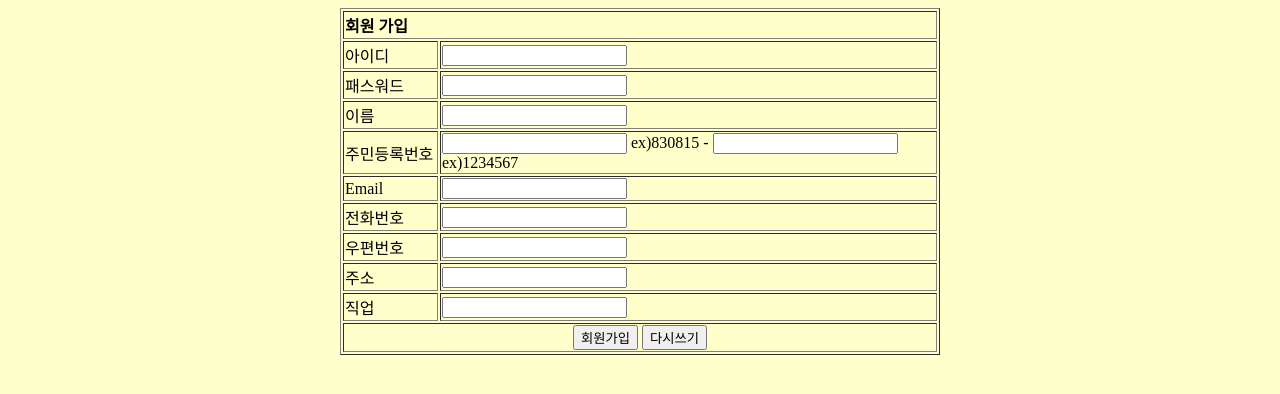
Repository: KangEunseo/2019-jsp-class
Page: http://localhost/BasicJSP/jdbcbean/member.jsp
These files come from the project's save history. The page is drawn as it stood at one moment and after the next save; the edit follows.
The browser window is 1280 px wide. The pictures show the whole page.
The page is served by Tomcat 9.

Above is the page before, as saved 2019-08-21 23:09:17.

After the next save:
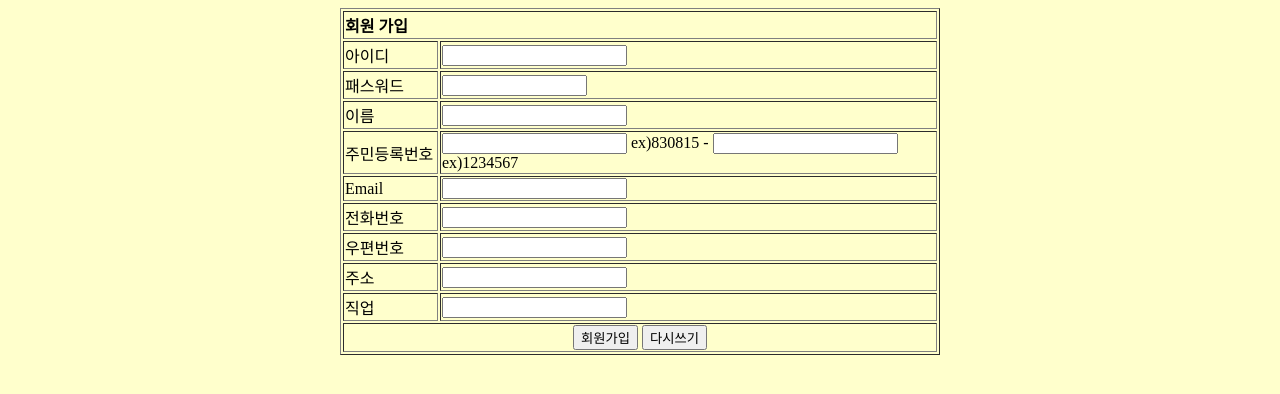
Saved 30 min 45 s later.
--- a/BasicJSP/WebContent/jdbcbean/member.jsp
+++ b/BasicJSP/WebContent/jdbcbean/member.jsp
@@ -42,7 +42,7 @@ function member_check(){
 			</tr>
 			<tr>
 				<td>패스워드</td>
-				<td><input type="password" name="pwd"></td>
+				<td><input type="password" name="pwd" size="15"></td>
 			</tr>
 			<tr>
 				<td>이름</td>
